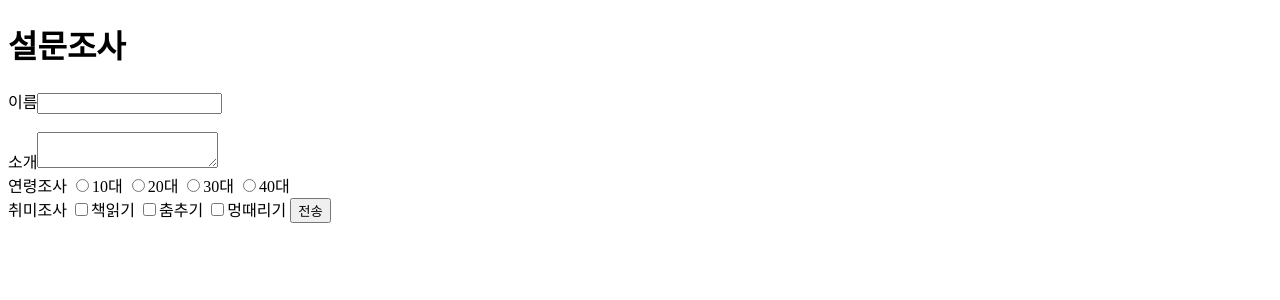
Repository: ryu1917/jsp
Page: http://localhost/jsp02/quiz/input.jsp
These files come from the project's save history. The page is drawn as it stood at one moment and after the next save; the edit follows.
The browser window is 1280 px wide. The pictures show the whole page.
The page is served by Tomcat 9.

Above is the page before, as saved 2021-04-21 10:38:45.

### workspace/jsp02/src/main/webapp/quiz/input.jsp
<%@ page language="java" contentType="text/html; charset=UTF-8"
    pageEncoding="UTF-8"%>
<!DOCTYPE html>
<html>
<head>
<meta charset="UTF-8">
<title>Insert title here</title>
</head>
<body>
<h1>설문조사</h1>
<form action="view.jsp" method="post">
이름<input type="text"name="name"><br><br>
소개<textarea name="textarea"></textarea><br>
연령조사
<input type="radio"name="age"value="10대">10대
<input type="radio"name="age"value="20대">20대
<input type="radio"name="age"value="30대">30대
<input type="radio"name="age"value="40대">40대<br>
취미조사
<input type="checkbox"name="hobby"value="책읽기">책읽기
<input type="checkbox"name="hobby"value="춤추기">춤추기
<input type="checkbox"name="hobby"value="멍때리기">멍때리기
<input type="submit"value="전송">
</form>
</body>
</html>

After the next save:
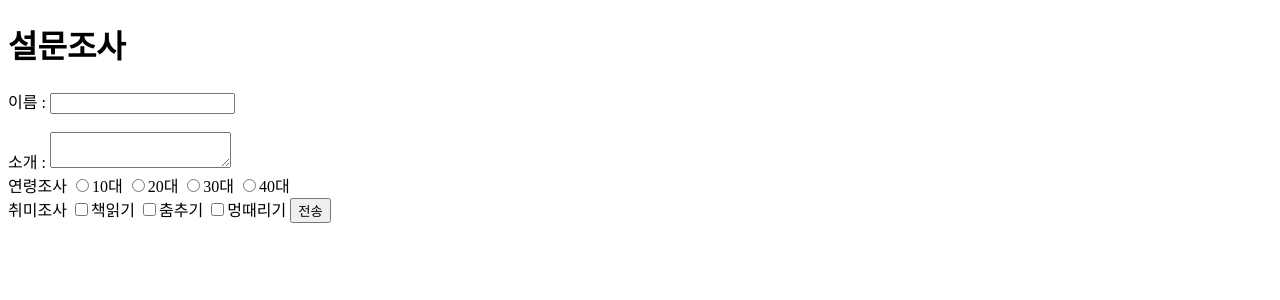
Saved 11 s later.
--- a/workspace/jsp02/src/main/webapp/quiz/input.jsp
+++ b/workspace/jsp02/src/main/webapp/quiz/input.jsp
@@ -9,8 +9,8 @@
 <body>
 <h1>설문조사</h1>
 <form action="view.jsp" method="post">
-이름<input type="text"name="name"><br><br>
-소개<textarea name="textarea"></textarea><br>
+이름 : <input type="text"name="name"><br><br>
+소개 : <textarea name="textarea"></textarea><br>
 연령조사
 <input type="radio"name="age"value="10대">10대
 <input type="radio"name="age"value="20대">20대
